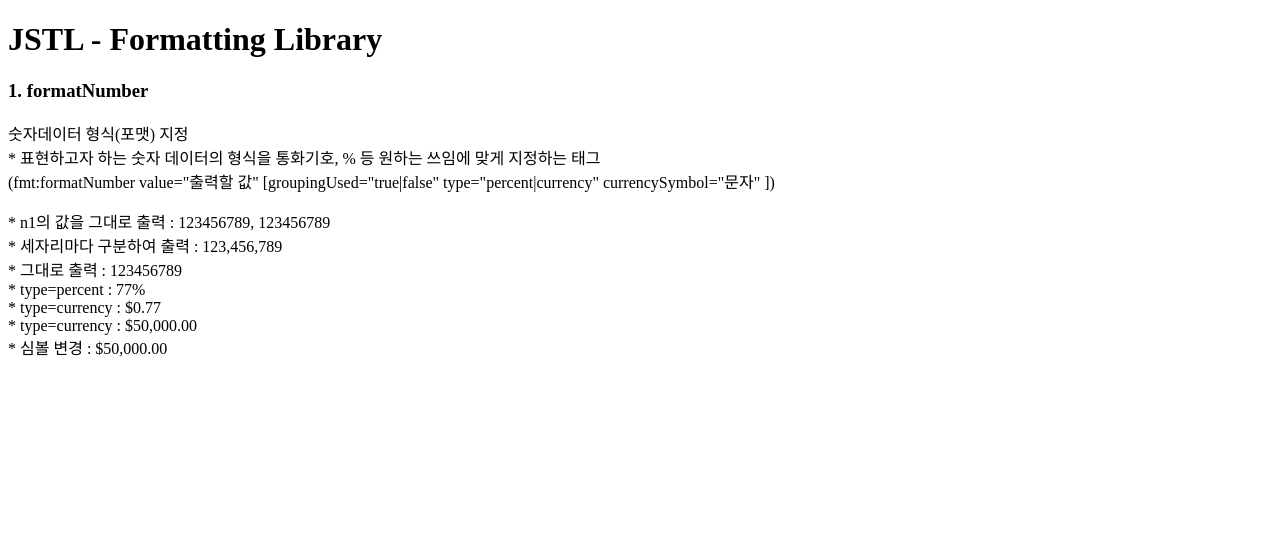
Repository: hailey-516/servlet
Page: http://localhost/3_elAction/views/3_Custom_Action/02_fmt.jsp
The author's editor kept a copy of each file at every save. The page is drawn from the files as they stood at one save, then again after the next save.
The browser window is 1280 px wide. The pictures show the whole page.
The page is served by Tomcat 9. Other server files are loaded and not shown.

Above is the page before, as saved 2024-08-28 01:36:22.

### 3_elAction/src/main/webapp/views/3_Custom_Action/02_fmt.jsp
<%@ page language="java" contentType="text/html; charset=UTF-8"
    pageEncoding="UTF-8"%>
<%@ taglib prefix="c" uri="http://java.sun.com/jsp/jstl/core" %>
<%@ taglib prefix="fmt" uri="http://java.sun.com/jsp/jstl/fmt" %>
<!DOCTYPE html>
<html>
<head>
<meta charset="UTF-8">
<title>JSTL - fmt</title>
</head>
<body>
	<h1>JSTL - Formatting Library</h1>

	<h3>1. formatNumber</h3>
	<p>
		숫자데이터 형식(포맷) 지정 <br>
		* 표현하고자 하는 숫자 데이터의 형식을 통화기호, % 등 원하는 쓰임에 맞게 지정하는 태그 <br>

		(fmt:formatNumber value="출력할 값" [groupingUsed="true|false"
											type="percent|currency"
											currencySymbol="문자"
										])
	</p>

	<%-- n1, n2, n3 변수에 각각 123456789, 0.77, 50000이라는 값을 저장 --%>
	<c:set var="n1" value="123456789" />
	<c:set var="n2" value="0.77" />
	<c:set var="n3" value="50000" />

	* n1의 값을 그대로 출력 : <c:out value="${ n1 }" />, ${ n1 } <br>
	* 세자리마다 구분하여 출력 : <fmt:formatNumber value="${ n1 }" />
	<%-- groupingUsed 속성의 기본값: true --%> <br>
	* 그대로 출력 : <fmt:formatNumber value="${ n1 }" groupingUsed="false" /> <br>

	* type=percent : <fmt:formatNumber value="${ n2 }" type="percent" /> <br>
	* type=currency : <fmt:formatNumber value="${ n2 }" type="currency" /> <br>

	* type=currency : <fmt:formatNumber value="${ n3 }" type="currency" /> <br>
	* 심볼 변경 : <fmt:formatNumber value="${ n3 }" type="currency" currencySymbol="$" /> <br>


</body>
</html>

After the next save:
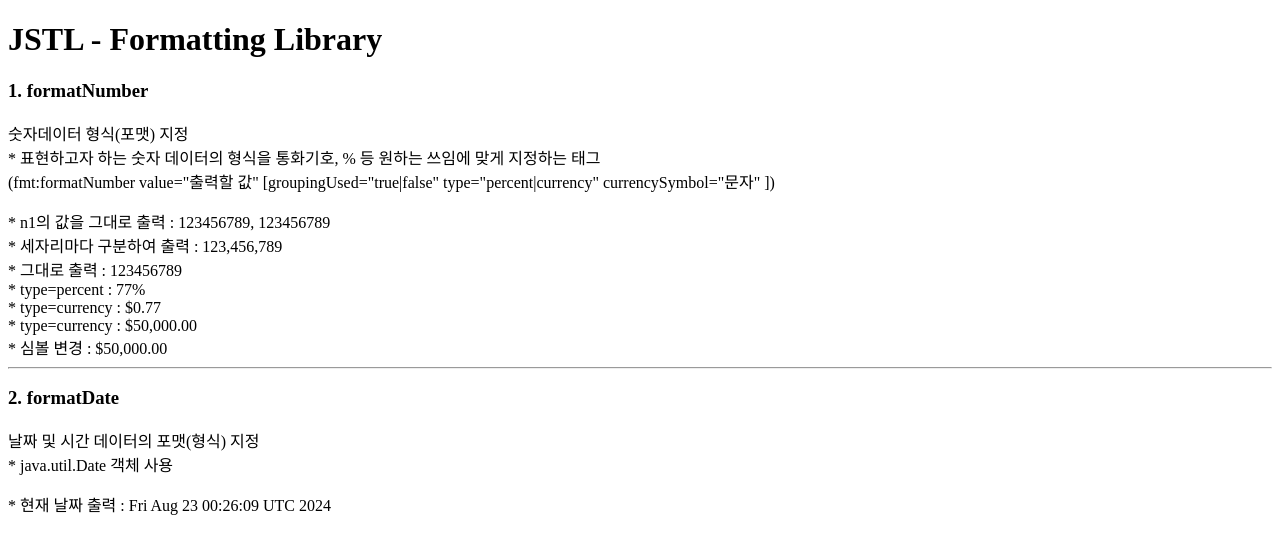
Saved 5 min 12 s later.
--- a/3_elAction/src/main/webapp/views/3_Custom_Action/02_fmt.jsp
+++ b/3_elAction/src/main/webapp/views/3_Custom_Action/02_fmt.jsp
@@ -38,6 +38,17 @@
 	* type=currency : <fmt:formatNumber value="${ n3 }" type="currency" /> <br>
 	* 심볼 변경 : <fmt:formatNumber value="${ n3 }" type="currency" currencySymbol="$" /> <br>
 
+	<hr>
 
+	<h3>2. formatDate</h3>
+	<p>
+		날짜 및 시간 데이터의 포맷(형식) 지정 <br>
+		* java.util.Date 객체 사용
+	</p>
+
+	<%-- today라는 변수에 현재 날짜 데이터를 저장 --%>
+	<c:set var="today" value="<%= new java.util.Date() %>" />
+
+	* 현재 날짜 출력 : ${ today }<br>
 </body>
 </html>
